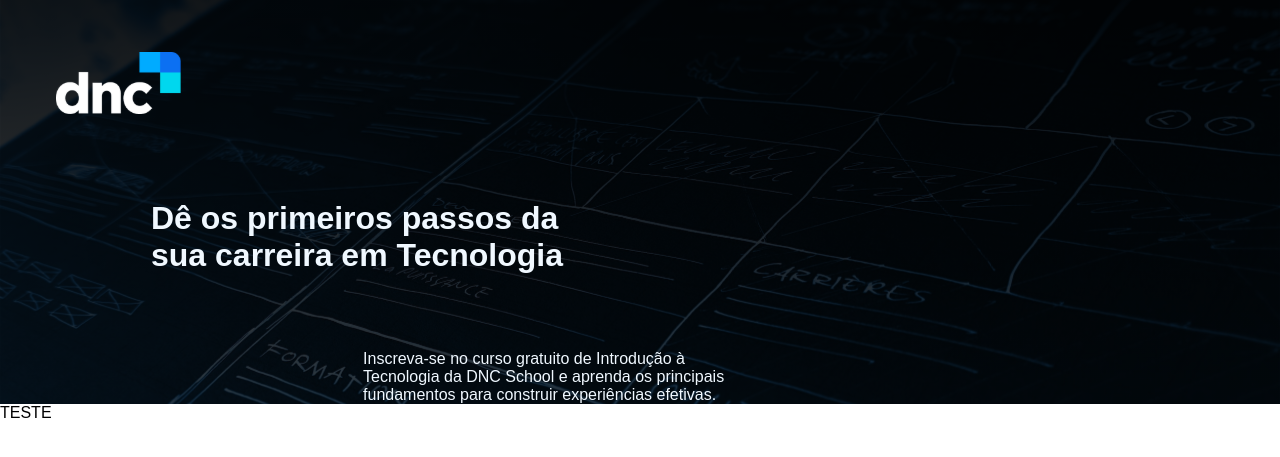
Repository: kleber-goncalves/Landing-Page-dnc
Page: src/index.html
The author's editor kept a copy of each file at every save. The page is drawn from the files as they stood at one save, then again after the next save.
The browser window is 1280 px wide. The pictures show the whole page.

Above is the page before, as saved 2024-12-09 19:50:43.

After the next save:
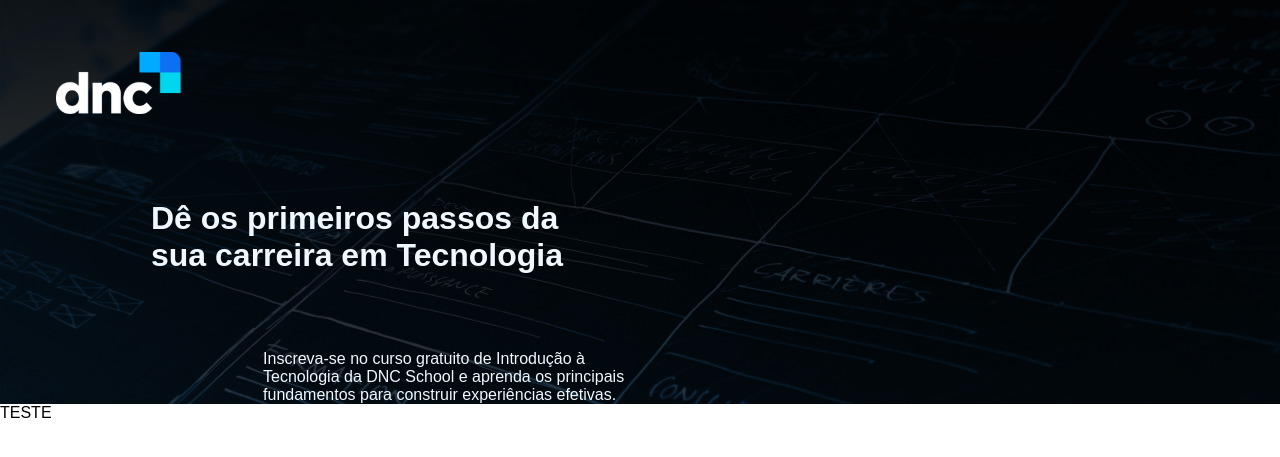
Saved 17 s later.
--- a/src/style.css
+++ b/src/style.css
@@ -29,6 +29,6 @@
 
 #subtitulo {
   display: flex;
-  margin-left: -200px;
+  margin-left: -300px;
   margin-top: 350px;
 }
